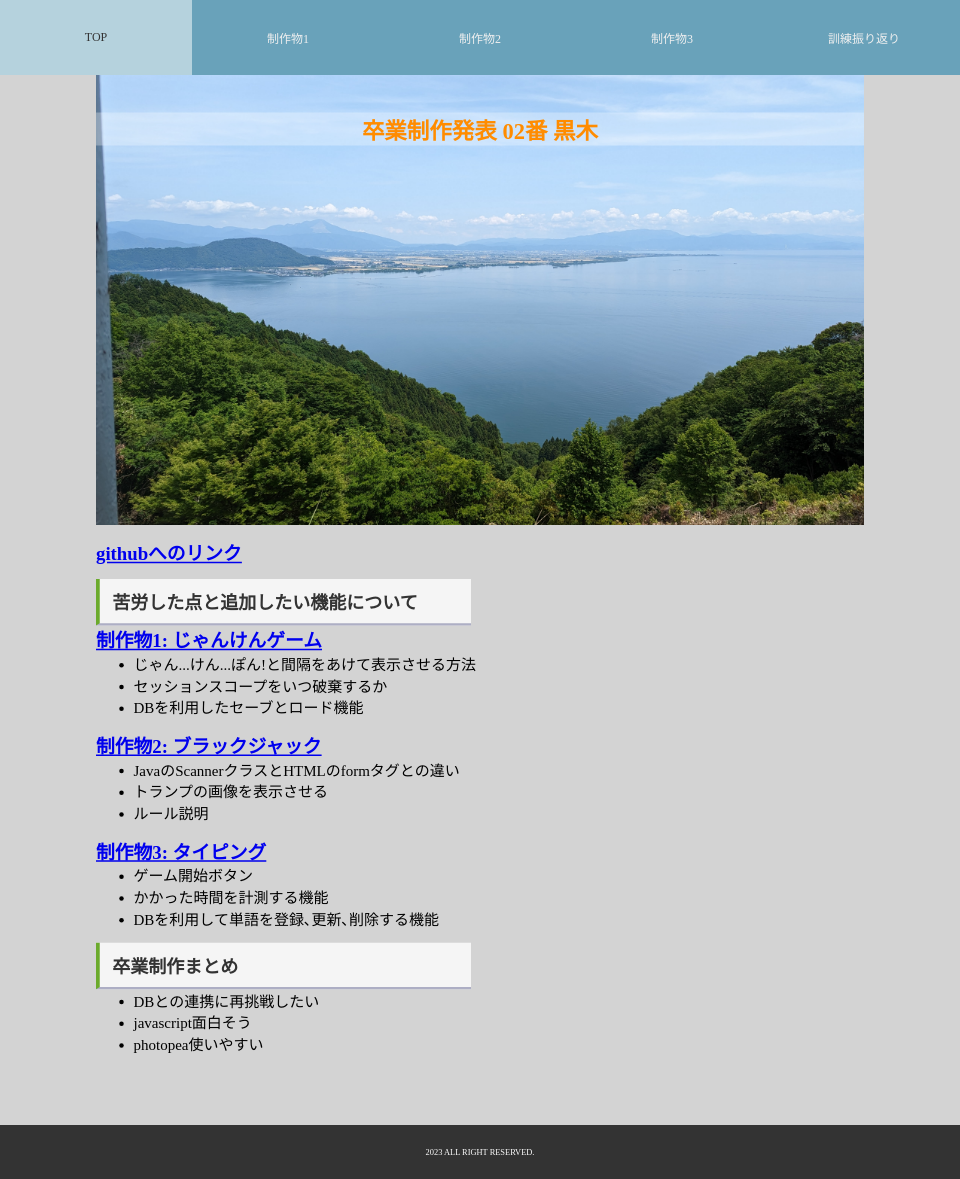
Repository: yuki-kuro/portfolio
Page: BJServletRensyu2/src/main/webapp/卒業制作/index.html
The author's editor kept a copy of each file at every save. The page is drawn from the files as they stood at one save, then again after the next save.
The browser window is 1280 px wide. The pictures show the whole page, at 75% of full size.

Above is the page before, as saved 2023-06-27 04:50:25.

After the next save:
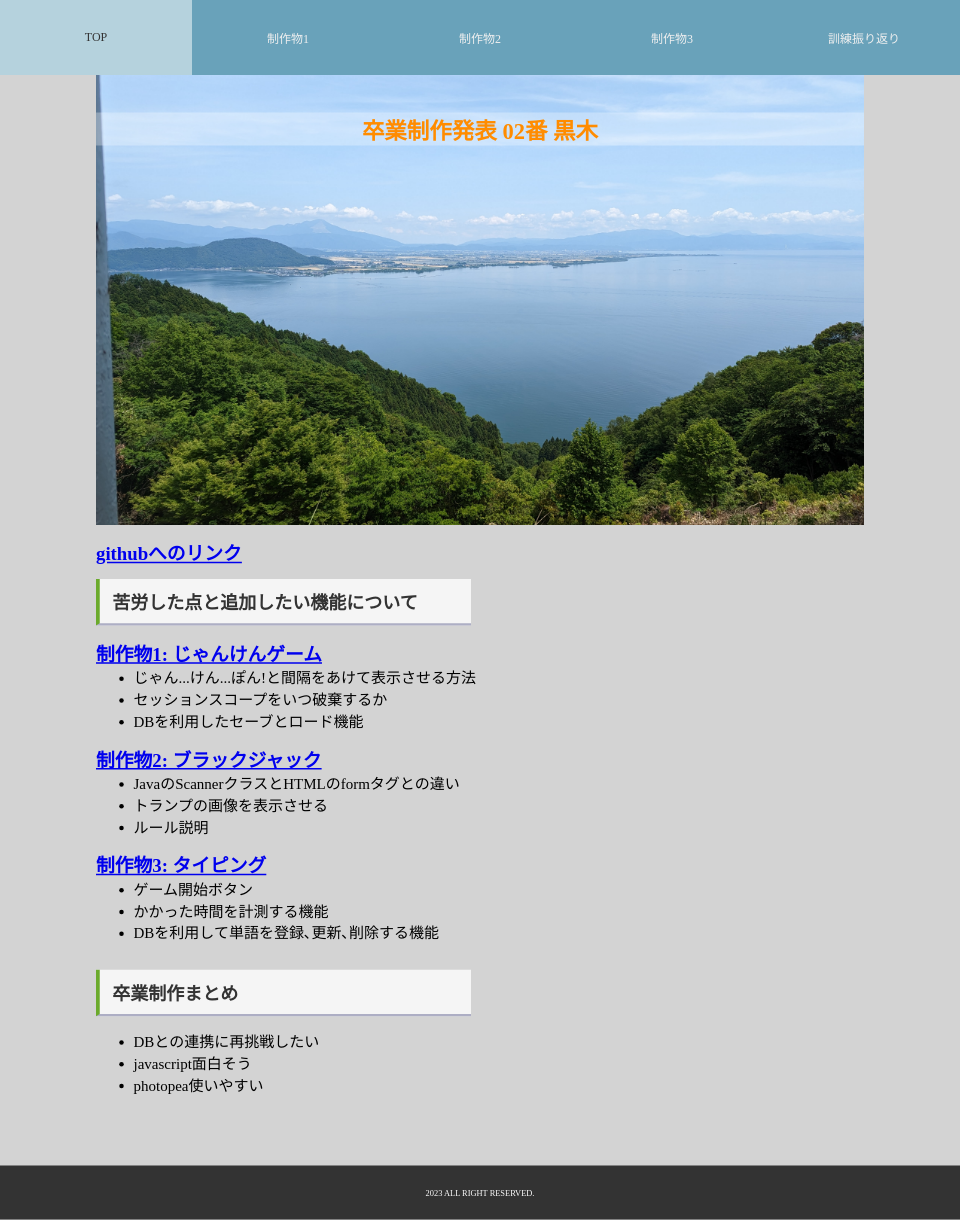
Saved 3 min 10 s later.
--- a/BJServletRensyu2/src/main/webapp/卒業制作/index.html
+++ b/BJServletRensyu2/src/main/webapp/卒業制作/index.html
@@ -29,9 +29,10 @@
 	  <br><br>
     <h1 class="toppage"><span class="midashi">卒業制作発表 02番 黒木</span></h1>
     <br>
-    <h3><a href="https://github.com/yuki-kuro/portfolio.git" >githubへのリンク</a></h3>
+    <h3><a href="https://github.com/yuki-kuro/portfolio.git" class="github">githubへのリンク</a></h3>
     <br>
         <h2>苦労した点と追加したい機能について</h2>
+        <br>
     <h3><a href="http://localhost:8080/JankenServletGame/JankenServlet">制作物1: じゃんけんゲーム</a></h3>
     <ul class="setumei" class="setumei">
 		<li>じゃん...けん...ぽん!と間隔をあけて表示させる方法</li>
@@ -52,8 +53,9 @@
 		<li>かかった時間を計測する機能</li>
 		<li>DBを利用して単語を登録､更新､削除する機能</li>
     </ul>
+    <br><br>
+    <h2>卒業制作まとめ</h2>
     <br>
-    <h2>卒業制作まとめ</h2>
        <ul class="setumei">
 		<li>DBとの連携に再挑戦したい</li>
 		<li>javascript面白そう</li>
